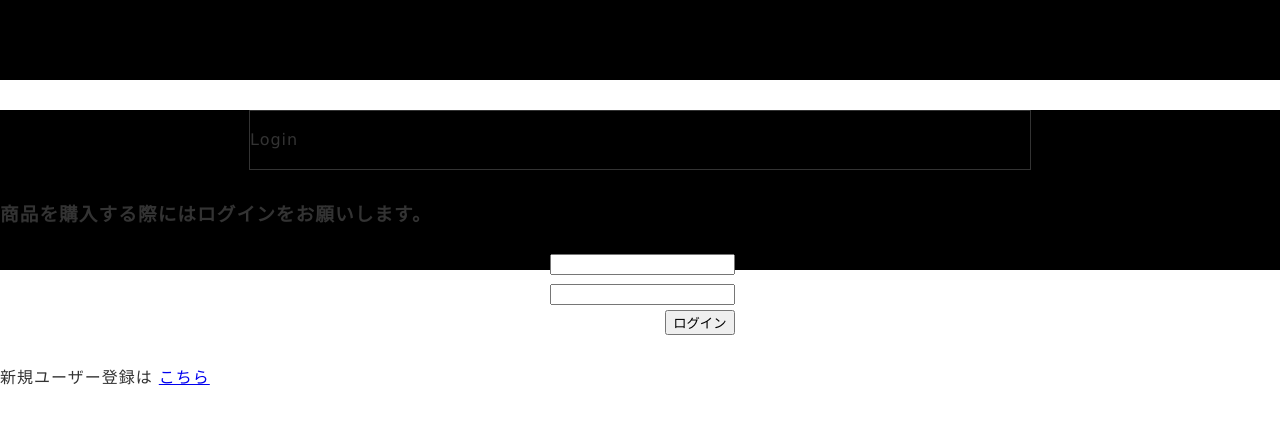
Repository: satoumtzk/test
Page: http://localhost/template/login.jsp
These files come from the project's save history. The page is drawn as it stood at one moment and after the next save; the edit follows.
The browser window is 1280 px wide. The pictures show the whole page.
The page is served by Tomcat 9. Other server files are loaded and not shown.

Above is the page before, as saved 2019-03-20 11:34:07.

### template/WebContent/login.jsp
<%@ page language="java" contentType="text/html; charset=UTF-8"
    pageEncoding="UTF-8"%>
   <%@ taglib prefix="s" uri="/struts-tags"%>
<!DOCTYPE html>
<html>
<head>
<meta http-equiv="Content-Type" content="text/html; charset=UTF-8">
<meta http-equiv="Content-Style-Type" content="text/css">
<meta http-equiv="Content-Script-Type" content="text/javascript"/>
<meta http-equiv="imagetoolbar" content="no"/>
<meta name="description" content=""/>
<meta name="keyword" content=""/>
<title>Login画面</title>

	<style type="text/css">
	/* =======TAG LAYOUT====== */
	body{
	 margin:0;
	 padding:0;
	 line-height:1.6;
	 letter-spacing:1px;
	 font-family:Verdana,Helvetica,sans-serif;
	 fint-size:12px;
	 color:#333;
	 background:#fff;
	 	}

	 table{
	 	text-align:center;
	 	margin:0 auto;
	 	}
/*=========ID LAYOUT======*/
	#top{
		width:780px;
		margin:30px auto;
		border:1px solid #333;
		}

	#header{
		width:100%;
		height:80px;
		background-color:black;
		}

	 #main{
	 	width:100%;
	 	height:80px;
	 	background-color:black;
	 	clear:both;
	 }

	 #footer{
	 	width:100%;
	 	height:80px;
	 	background-color:black;
	 }

	</style>
</head>
<body>
	<div id="header">
		<div id="pr">
		</div>
	</div>
	<div id="main">
		<div id="top">
		<p>Login</p>
		</div>
		<div>
			<h3>商品を購入する際にはログインをお願いします。</h3>
			<s:form action="LoginAction">
				<s:textfield name="loginUserId"/>
				<s:password name="loginPassword"/>
				<s:submit value="ログイン"/>
			</s:form>
			<br/>

		<div>
			<span>新規ユーザー登録は
				<a href='<s:url action="UserCreateAction"/>'>こちら</a>
			</span>
		  </div>
		</div>
	</div>
	<div id="footer">
			<div id="pr">
			</div>
	</div>
</body>
</html>

After the next save:
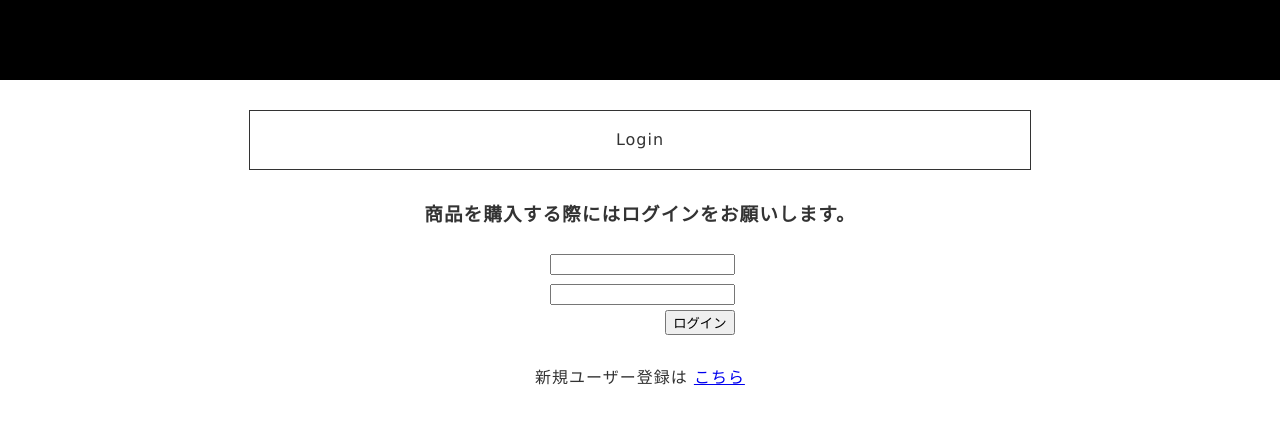
Saved 4 min 5 s later.
--- a/template/WebContent/login.jsp
+++ b/template/WebContent/login.jsp
@@ -44,15 +44,14 @@
 
 	 #main{
 	 	width:100%;
-	 	height:80px;
-	 	background-color:black;
-	 	clear:both;
-	 }
+	 	height:500px;
+	 	text-align:center;
 
 	 #footer{
 	 	width:100%;
 	 	height:80px;
 	 	background-color:black;
+	 	clear:both;
 	 }
 
 	</style>
